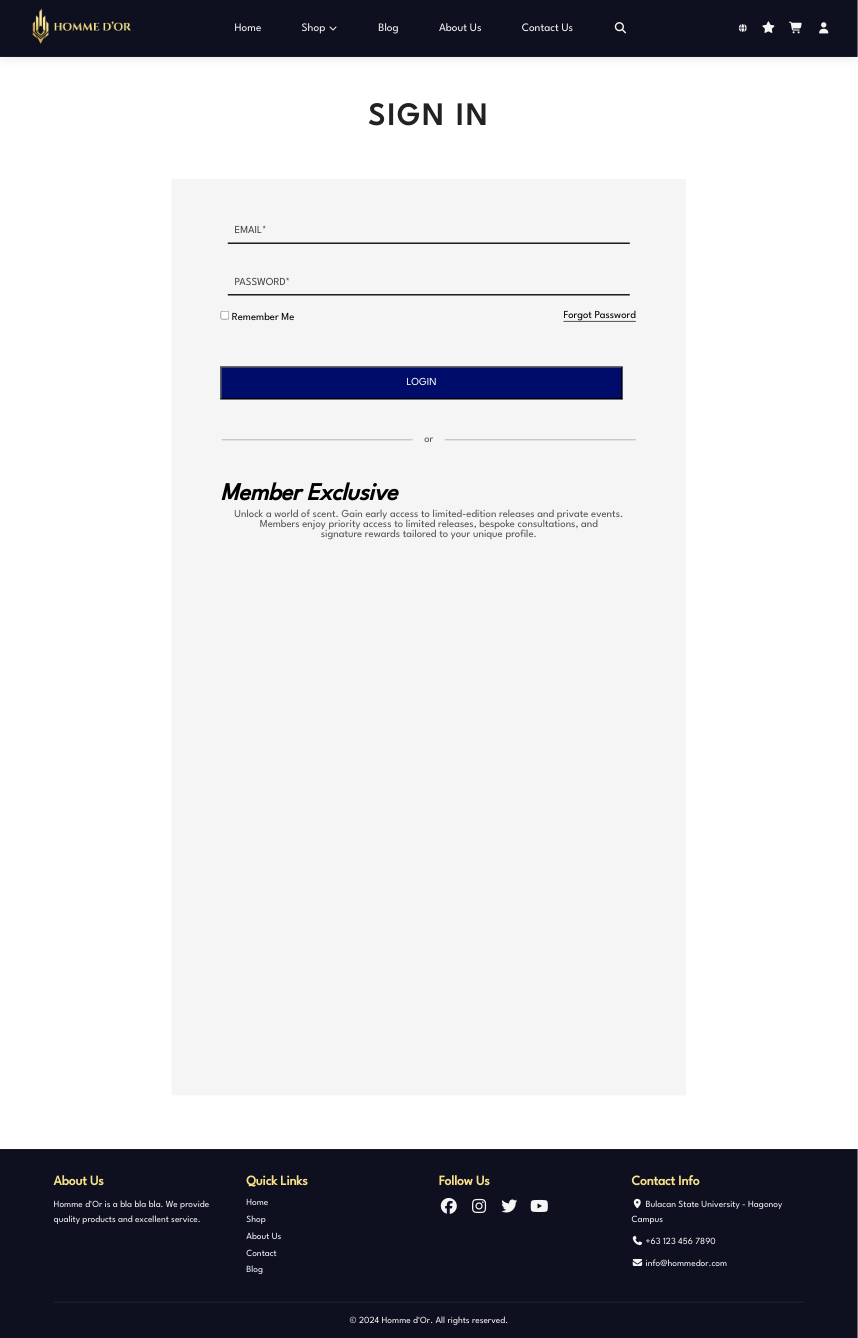
Repository: Izy-Blinken/Homme-d-Or
Page: http://localhost/Homme_dor/pages/login.php?country=ph
These files come from the project's save history. The page is drawn as it stood at one moment and after the next save; the edit follows.
The browser window is 1280 px wide. The pictures show the whole page, at 67% of full size.
The page is run by PHP 8.4 with error messages shown; the project is at /var/www/html/.

Above is the page before, as saved 2026-01-24 22:55:12.

After the next save:
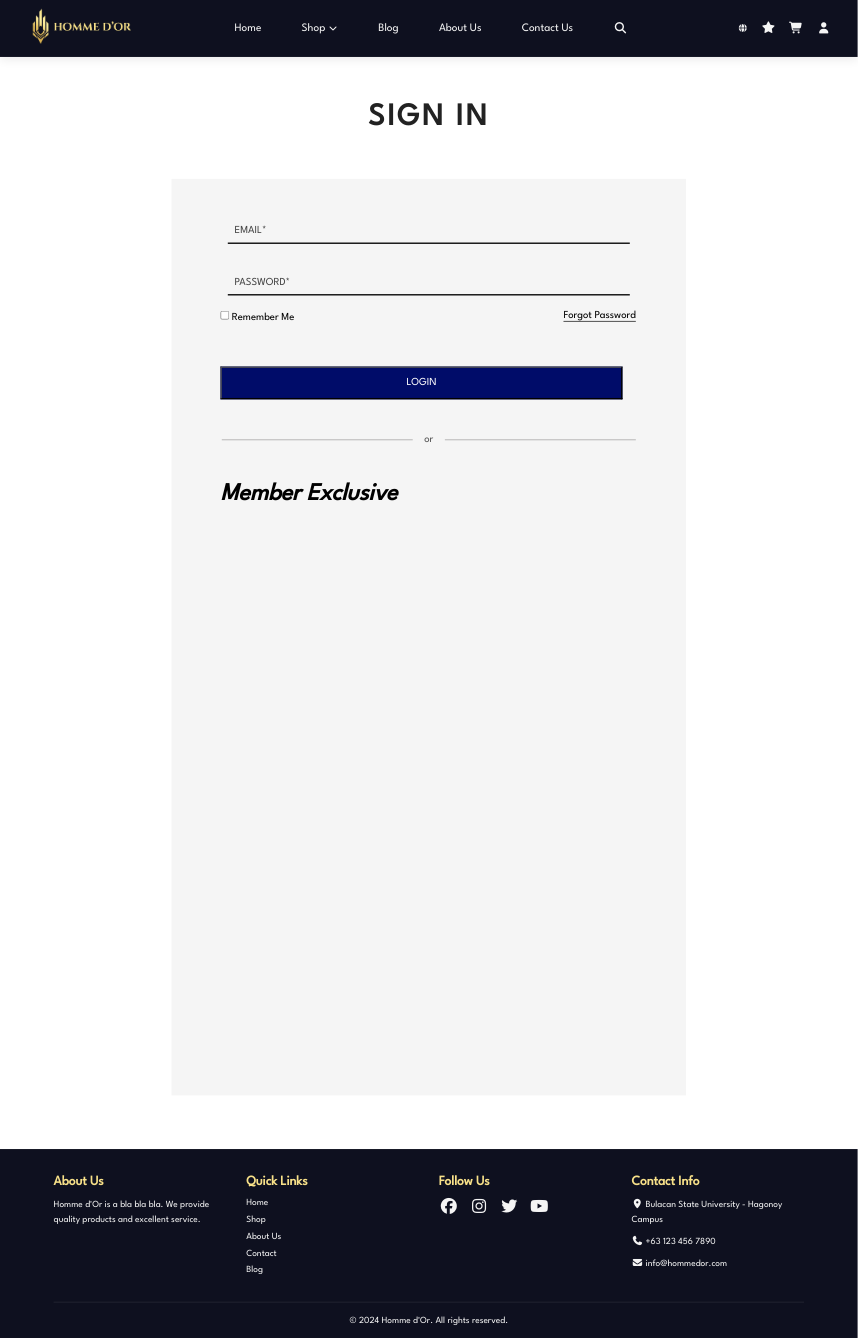
Saved 5 s later.
--- a/pages/login.php
+++ b/pages/login.php
@@ -55,10 +55,7 @@
                     <div class="logParagraph">
 
                     </div>
-                    <p>Unlock a world of scent. Gain early access to
-                        limited-edition releases and private events.<br>
-                        Members enjoy priority access to limited releases, bespoke consultations, and<br>
-                        signature rewards tailored to your unique profile.</p>
+
 
                 </div>
 
